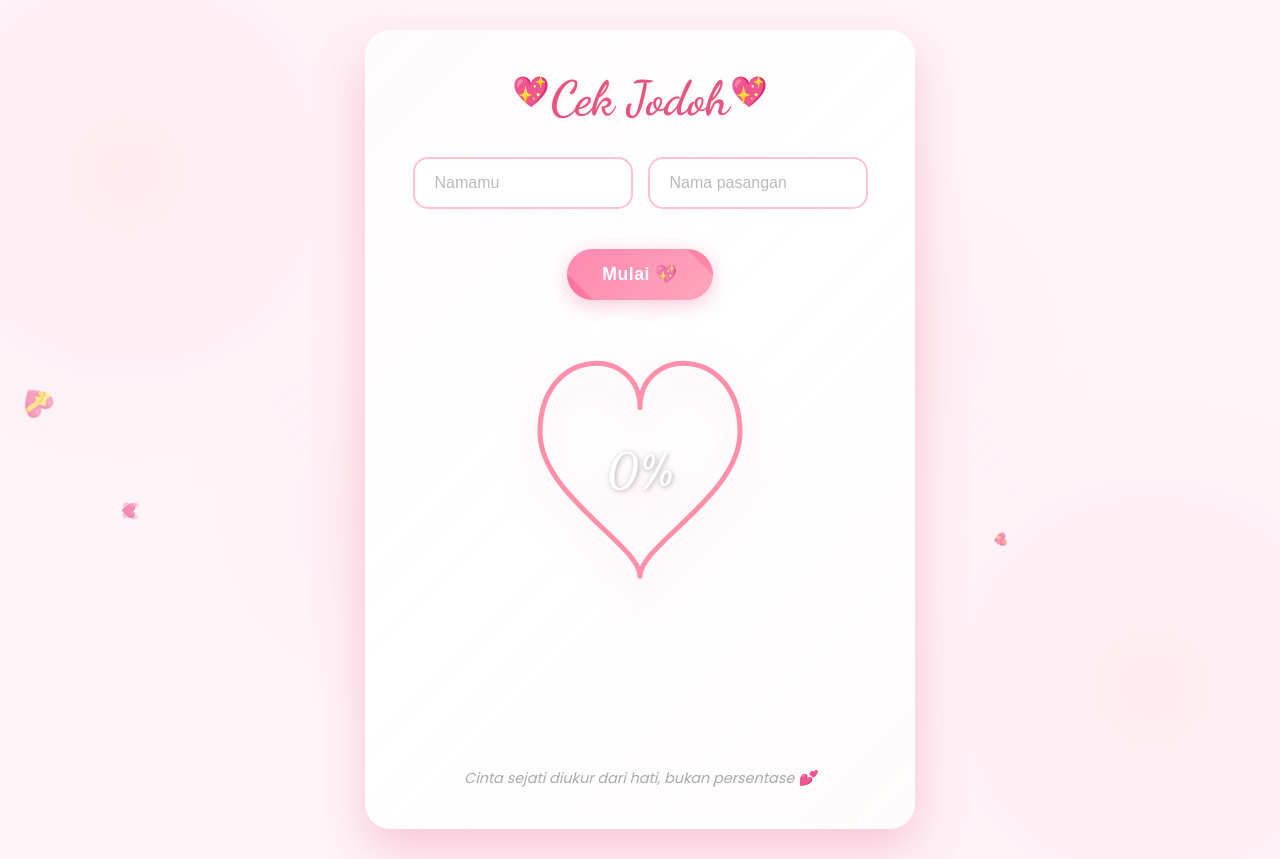
Repository: zhr-nabila/cek-jodoh
Page: cek.html
The author's editor kept a copy of each file at every save. The page is drawn from the files as they stood at one save, then again after the next save.
The browser window is 1280 px wide. The pictures show the whole page.

Above is the page before, as saved 2025-06-10 00:58:03.

After the next save:
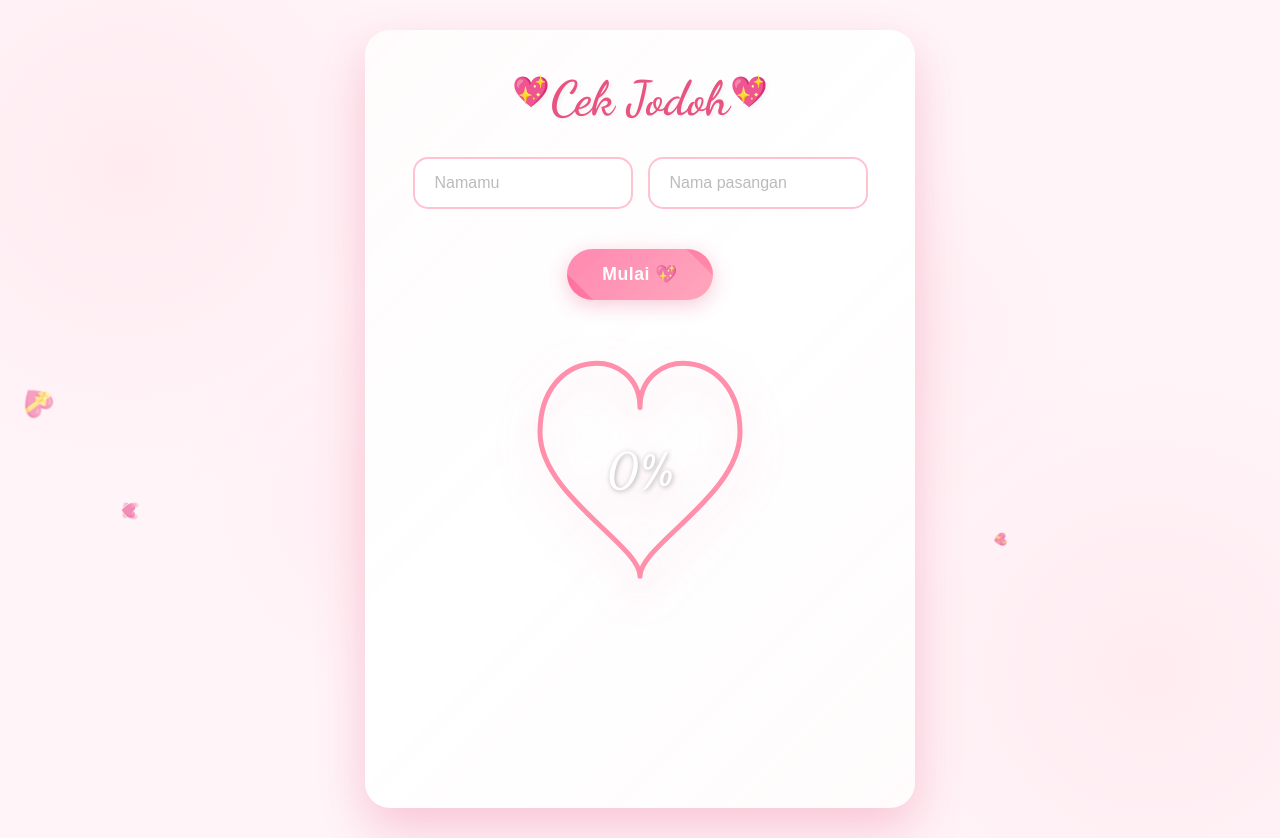
Saved 4 min 28 s later.
--- a/cek.html
+++ b/cek.html
@@ -588,7 +588,7 @@
       <div class="message" id="message"></div>
 
       <div class="footer-note">
-        Cinta sejati diukur dari hati, bukan persentase 💕
+
       </div>
     </div>
 
